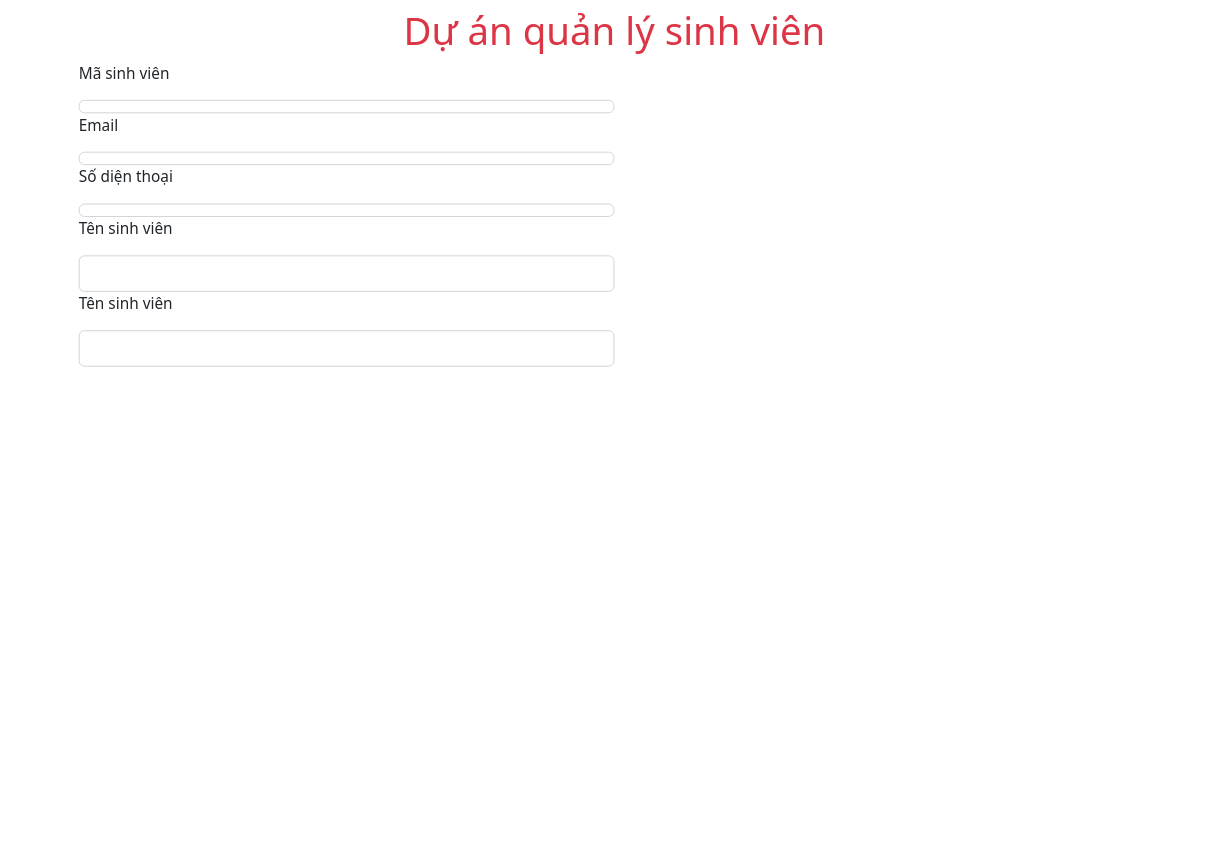
Repository: hcozyph/Cybersoft_JS_OOP
Page: index.html
These files come from the project's save history. The page is drawn as it stood at one moment and after the next save; the edit follows.
The browser window is 1280 px wide. The pictures show the whole page, at 96% of full size.

Above is the page before, as saved 2023-02-26 09:19:08.

After the next save:
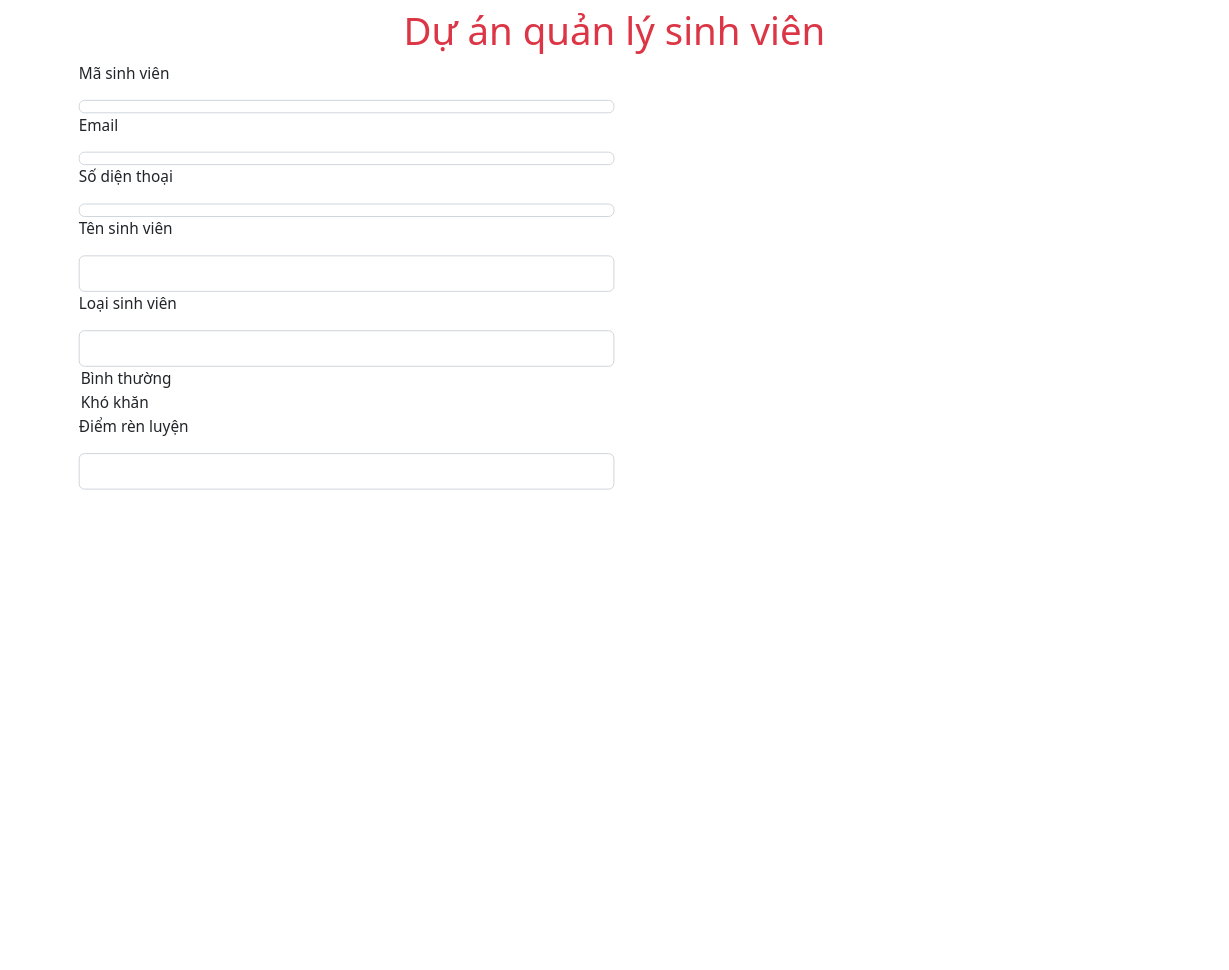
Saved 2 min 11 s later.
--- a/index.html
+++ b/index.html
@@ -55,8 +55,16 @@
                     </div>
 
                     <div class="form-group">
-                        <p>Tên sinh viên</p>
-                        <input class="form-control" id="tenSinhVien"></input>
+                        <p>Loại sinh viên</p>
+                        <input class="form-control" id="loaiSinhVien">
+                            <option value="">Bình thường</option>
+                            <option value="">Khó khăn</option>
+                        </input>
+                    </div>
+
+                    <div class="form-group">
+                        <p>Điểm rèn luyện</p>
+                        <input type="number" class="form-control" id="diemRenLuyen">
                     </div>
                 </div>
             </div>
